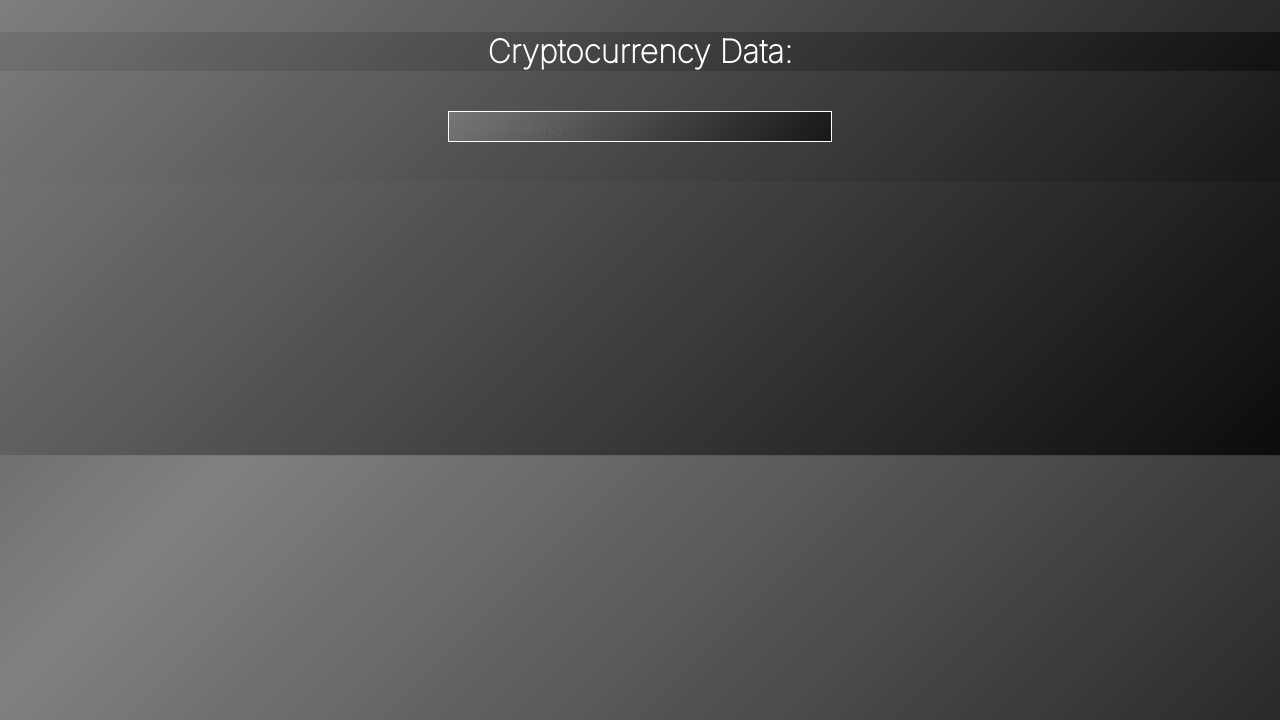
Repository: alejandroacd/cryptocurrency-market
Page: /
An editor plug-in stored every save of this project. The page is shown before and after the next save, followed by the edit.
The browser window is 1280 px wide. The pictures show the whole page.
The page's requests for data from a server got no answer. The project was rebuilt for these pictures with package versions that can differ from the ones it lists, and the page was loaded fresh each time. No one was signed in, and anything a server would have sent is missing. Also part of the build but not shown: src/Currency.js.

Above is the page before, as saved 2021-07-18 14:17:37.

### src/App.js
import Axios from 'axios';
import React, {useEffect, useState}  from 'react'
import './App.css';
import Currency from './Currency';


function App() {
  const [values,setValue] = useState([]);
  const [search,setSearch] = useState('')


  useEffect(() => {
    Axios.get('https://api.coingecko.com/api/v3/coins/markets?vs_currency=usd&order=market_cap_desc&per_page=100&page=1&sparkline=false')
    .then(resp => {
      setValue(resp.data)
    })
    .catch(err => {
      console.log(err)
    })
  }, [])

  const handleChange = (e) => {
    setSearch(e.target.value)
  }

  const finalValues = values.filter(value => value.name.toLowerCase().includes(search.toLowerCase()))


  return (
    <div className="App">
      <h1 className="title_page">Cryptocurrency Data:</h1>
      <div className='input-container'>
        <form>
          <input className='crypto_name' placeholder="Search a currency" type="text" onChange={handleChange}></input>
        </form>
      </div>
      {finalValues.map(value => {
        return (
          <Currency
          key={value.id}
          cryptoName={value.name}
          image={value.image}
          price={value.current_price}
          symbol={value.symbol}
          volume={value.market_cap}
          priceChange={value.price_change_percentage_24h}
          marketcap={value.total_volume}
           />
        )
      })}

    </div>
  );
}

export default App;

### src/App.css
@import url('https://fonts.googleapis.com/css2?family=Inter:wght@100&display=swap');


/*




*/

* {
  box-sizing: border-box;
  margin: 0;
  padding: 0;
  background-color: black;
  color:white;
  font-family: 'Inter', sans-serif;
  background: linear-gradient(-45deg, black, grey, black, grey);
  background-size: 400% 400%;
  animation: gradient 15s ease infinite;
}

.title_page {
  margin-top:1em;
}
.App {
  text-align: center;
}

.input-container form input {
  margin:3em;
  border: 1px solid white;
}

@keyframes gradient {
  0% {
      background-position: 0% 50%;
  }
  50% {
      background-position: 100% 50%;
  }
  100% {
      background-position: 0% 50%;
  }
}

### src/Currency.css
.currency_container {
    display:flex;
    justify-content: space-between;
    flex-direction: row;
    justify-items: start;
    height: 80px;
    align-items: center;
    border-bottom: 1px solid black;
    width: 85%;
    margin: 0 auto;
}

.currency {
    display:flex;
    align-items: center;
    justify-content: space-between;
    width: 25%;
}

.currency img {
    height: 30px;
    width: 30px;
}

.currency_data {
    display:flex;
    flex-direction: row;
    width: 75%;
    justify-content: space-around;
    align-items: center;
}

.currency h1 {
    font-size:1em;
}

.currency_price {
    width: 110px;
}

.currency_volume {
    width: 155px;
}

.currency_marketcap {
    display:flex;
    width: 230px;
    font-weight: bold;
}

.currency_symbol {
    width: 50px;
}
.crypto_name {
    padding: 0.5em;
    margin: 0 auto;
    width: 30%;
}
.red {
    color:#CD113B;
}

.green {
    color:#66DE93;
}

@media only screen and (max-width: 600px) {
    .currency_container {
        width: 90%;
    }

    .currency_container .currency {
        width: 50%;
    }
    .currency_data {
        width: 50%;
    }
    .currency_data .currency_price  .currency_percent {
        font-size: 0.7rem;

    }
    .currency_data .currency_volume {
        display: none;
    }

    .currency_marketcap {
        display:none;
    }
    .crypto_name {
        width: 70%;

    }

}

Loaded but not shown: public/index.html (common file); src/index.js (common file)

After the next save:
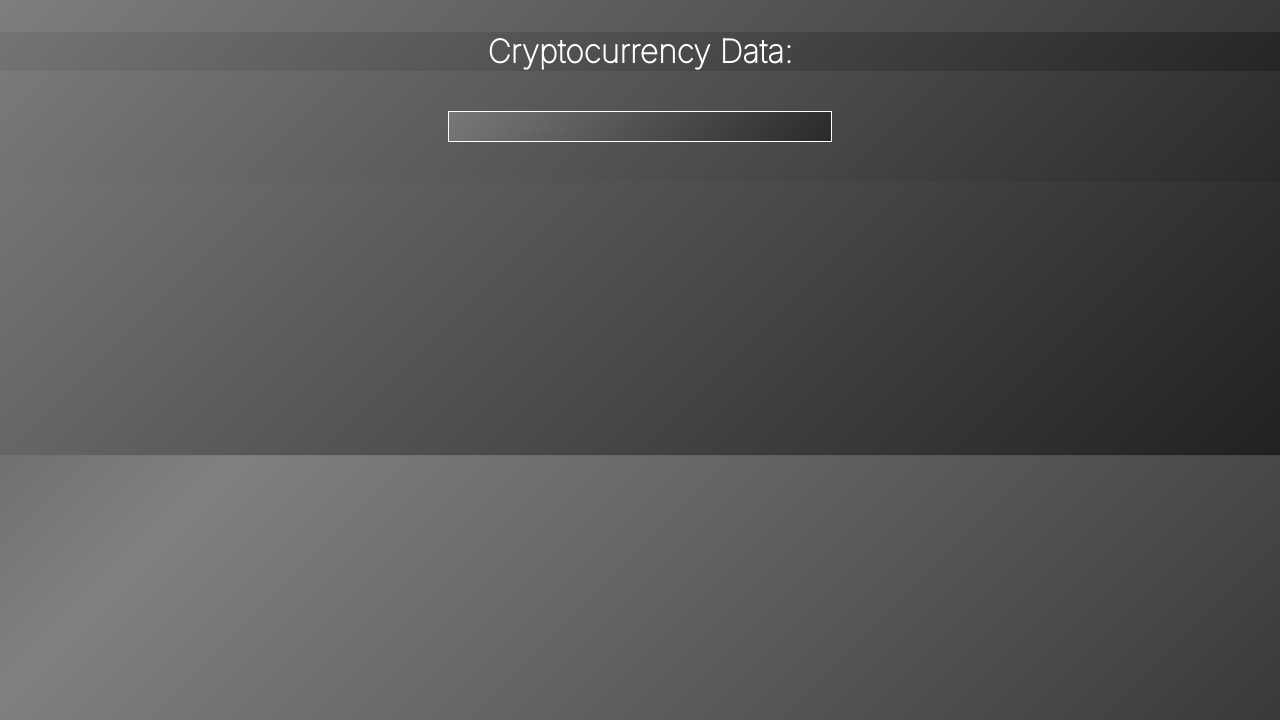
Saved 51 s later.
--- a/src/App.css
+++ b/src/App.css
@@ -15,7 +15,7 @@
   background-color: black;
   color:white;
   font-family: 'Inter', sans-serif;
-  background: linear-gradient(-45deg, black, grey, black, grey);
+  background: linear-gradient(-45deg, #171717, grey, black, grey);
   background-size: 400% 400%;
   animation: gradient 15s ease infinite;
 }
